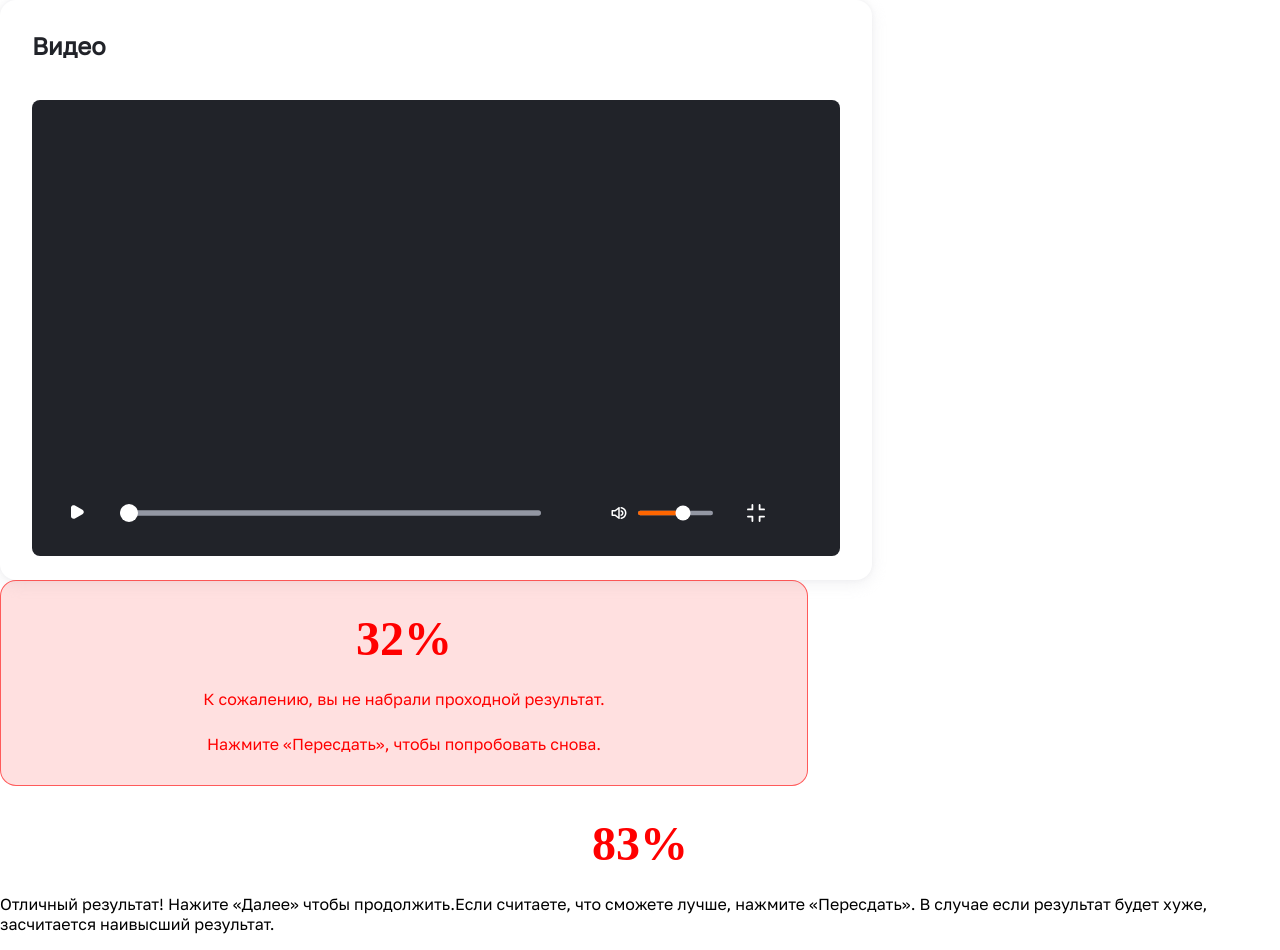
Repository: RuslanSR2424/Group5_LizaAlert
Page: index.html
An editor plug-in stored every save of this project. The page is shown before and after the next save, followed by the edit.
The browser window is 1280 px wide. The pictures show the whole page.

Above is the page before, as saved 2022-03-09 17:12:41.

After the next save:
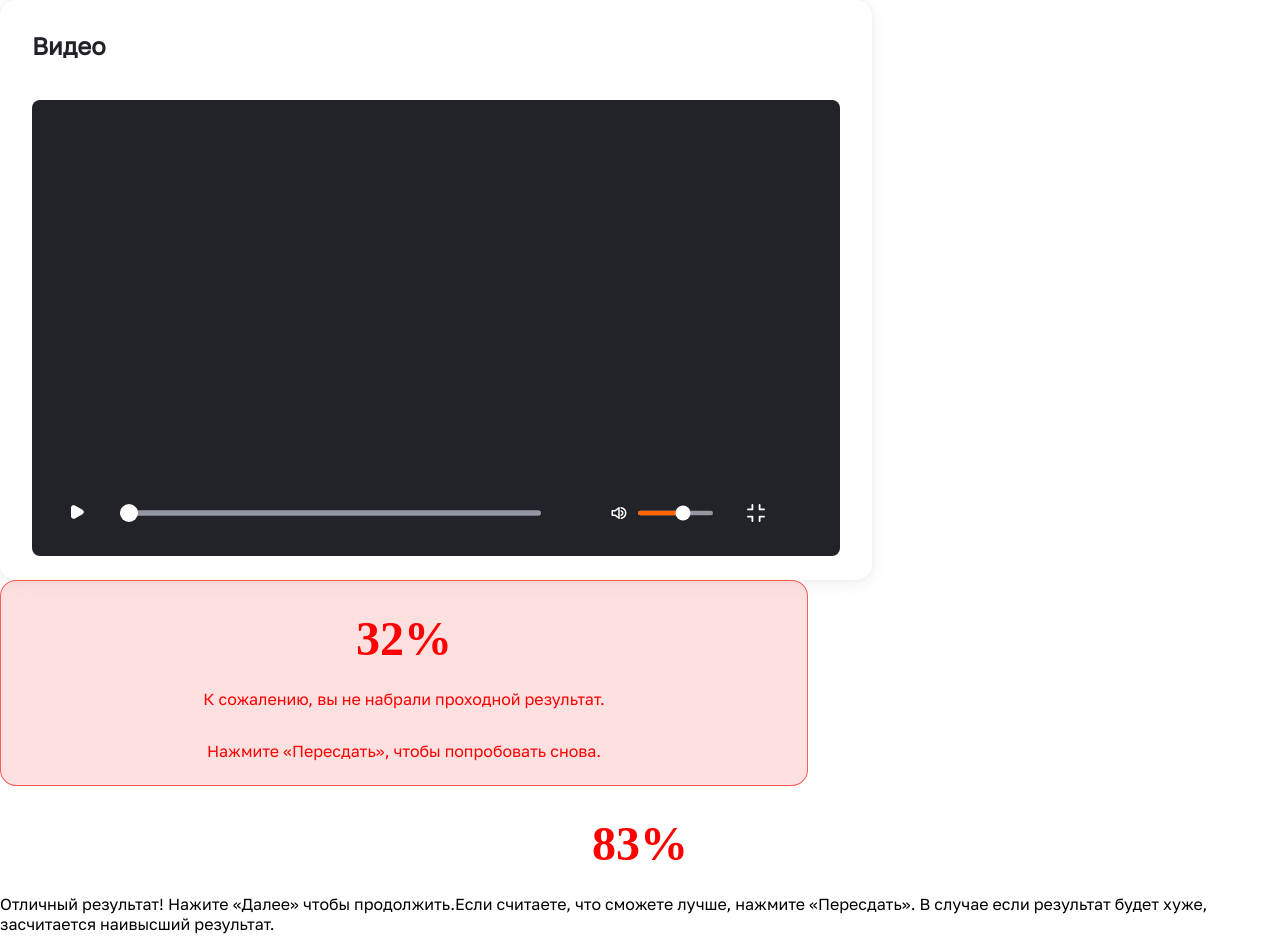
Saved 11 s later.
--- a/blocks/results/__text/_type/result__text_type_bad.css
+++ b/blocks/results/__text/_type/result__text_type_bad.css
@@ -2,5 +2,5 @@
   color: #ff0000;
   width: 680px;
   text-align: center;
-  margin: 0 0 25px 0;
+  margin: 0 0 32px 0;
 }
